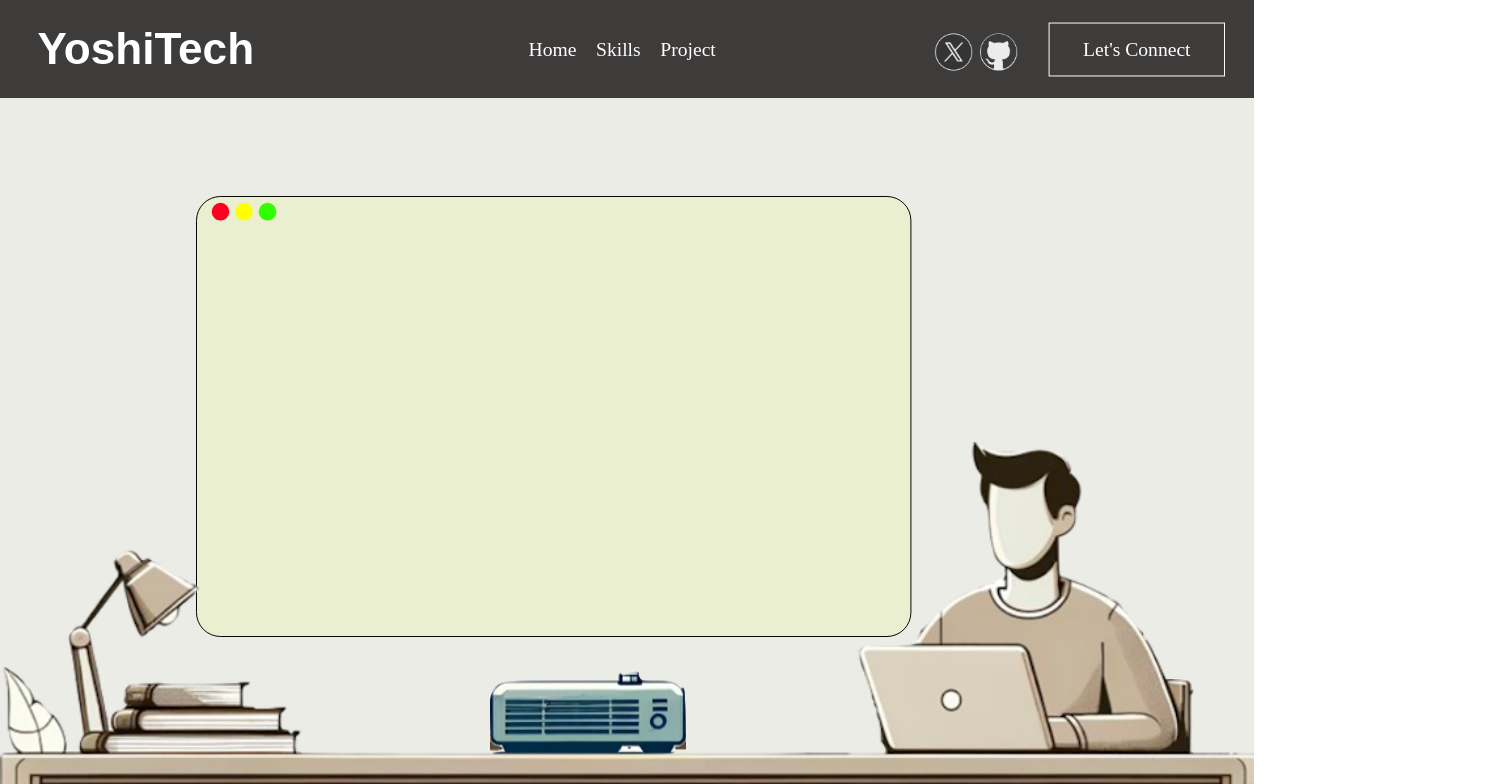
Repository: Yoshiki0418/My_Portfolio
Page: index.html
An editor plug-in stored every save of this project. The page is shown before and after the next save, followed by the edit.
The browser window is 1280 px wide. The page is 1280 px wide, then 1539 px, so the pictures cover 1539 px, including what lies to the right of the window. The pictures show the whole page, at 98% of full size.

Above is the page before, as saved 2024-01-05 23:43:20.

After the next save:
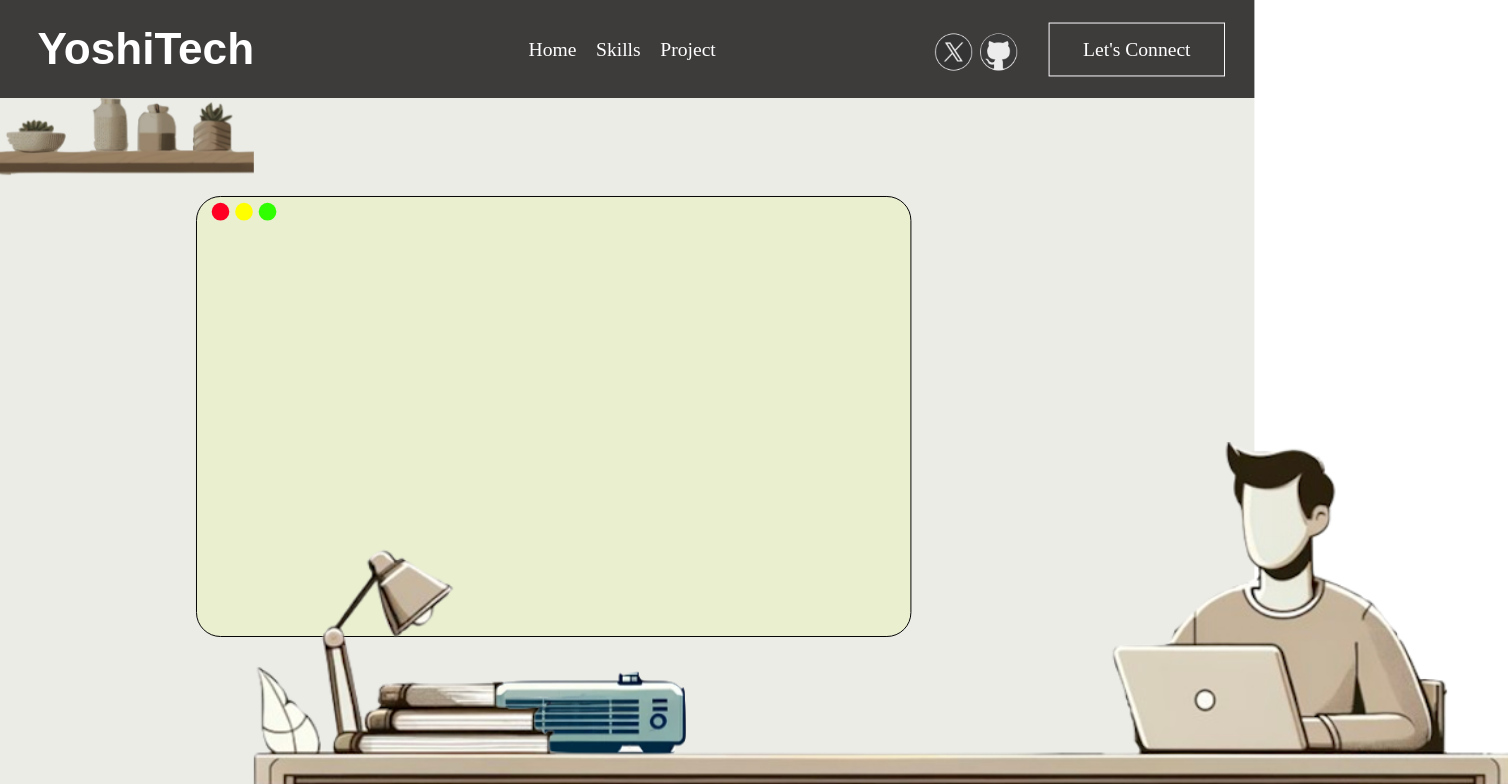
Saved 46 s later.
--- a/index.html
+++ b/index.html
@@ -31,7 +31,7 @@
                     <div class="circle3"></div>
                 </div>
             </div>
-            <img class="background_sub" src="static/image/4.png">
+            <img class="background2" src="static/image/4.png">
             <img class="background_sub" src="static/image/2.png">
             <img class="background" src="static/image/1.png">
         </section>
